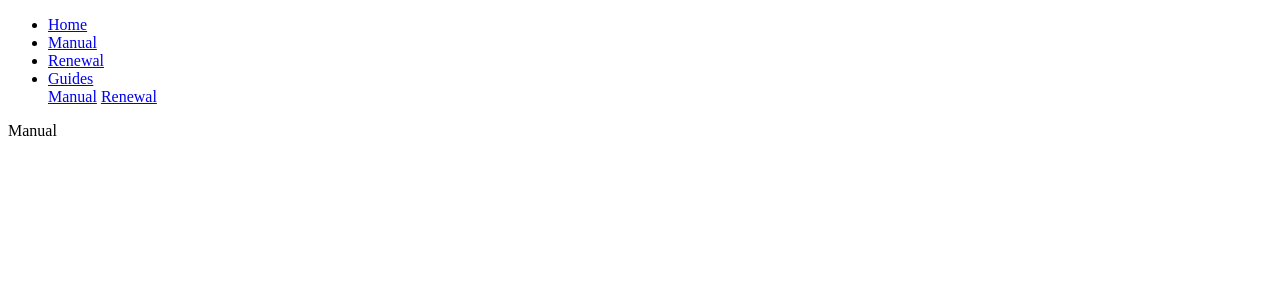
Repository: muesinga/ticketoffice-dot-info
Page: guides/manual.html
An editor plug-in stored every save of this project. The page is shown before and after a run of saves, followed by the edit.
The browser window is 1280 px wide. The pictures show the whole page.

Above is the page before, as saved 2022-06-07 14:37:17.
Console error: TypeError: Cannot read properties of null (reading 'getElementsByClassName')

After the next 3 saves:
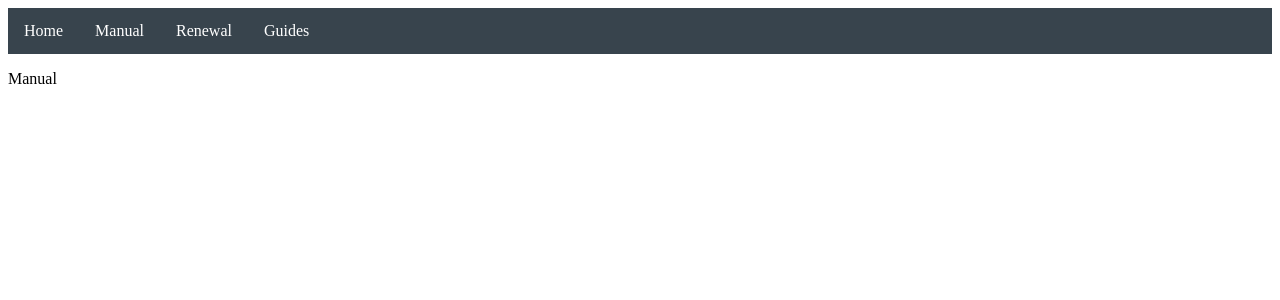
The 3 saves are shown as one change because they came seconds apart.
The last was saved 22 s later.
--- a/style/style.css
+++ b/style/style.css
@@ -1,4 +1,53 @@
+ul {
+  list-style-type: none;
+  margin: 0;
+  padding: 0;
+  overflow: hidden;
+  background-color: #38444d;
+}
 
+li {
+  float: left;
+}
+
+  li a, .dropbtn {
+    display: inline-block;
+    color: white;
+    text-align: center;
+    padding: 14px 16px;
+    text-decoration: none;
+  }
+
+  li a:hover, .dropdown:hover .dropbtn {
+    background-color: red;
+  }
+
+li.dropdown {
+  display: inline-block;
+}
+
+.dropdown-content {
+  display: none;
+  position: absolute;
+  background-color: #f9f9f9;
+  min-width: 160px;
+  box-shadow: 0px 8px 16px 0px rgba(0,0,0,0.2);
+  z-index: 1;
+}
+
+.dropdown-content a {
+  color: black;
+  padding: 12px 16px;
+  text-decoration: none;
+  display: block;
+  text-align: left;
+}
+
+.dropdown-content a:hover {background-color: #f1f1f1;}
+
+.dropdown:hover .dropdown-content {
+  display: block;
+}
 
   /* #navlink-container {
     list-style-type: none;
